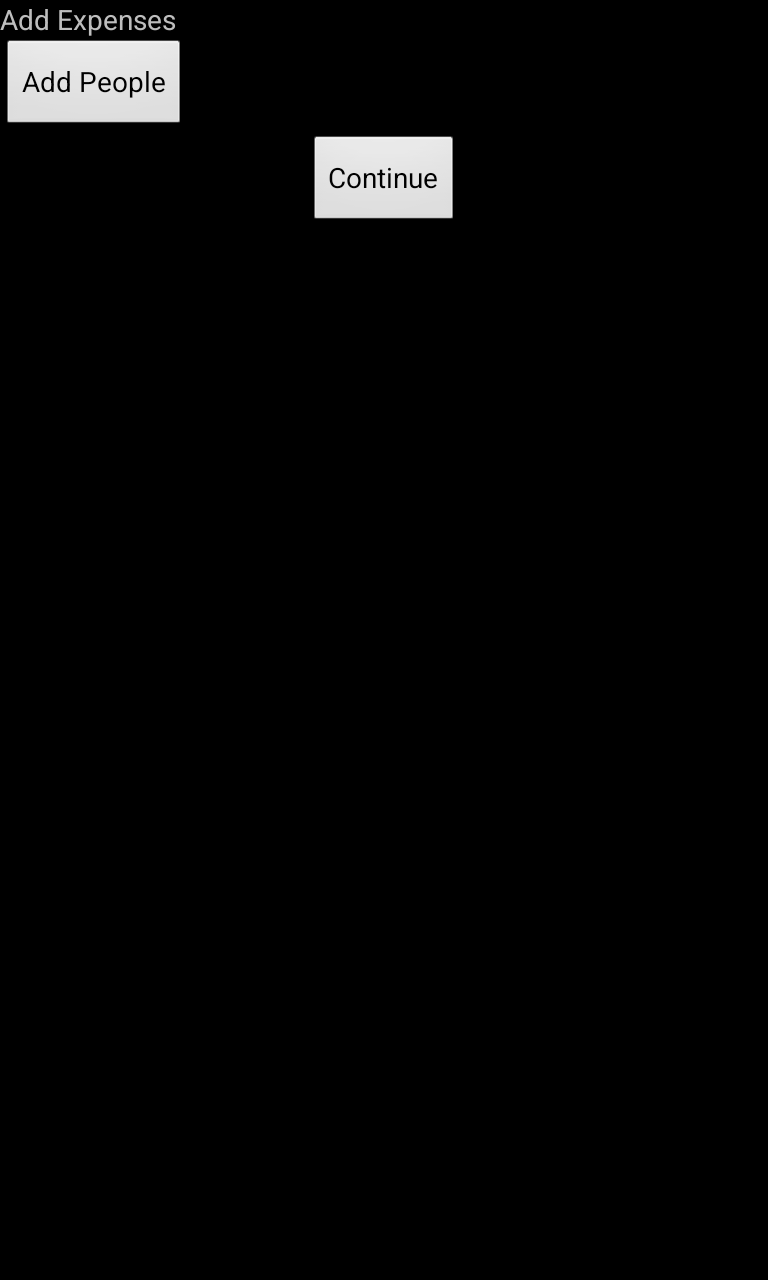
Repository: iyeranan/Expenses
Layout: Expenses/res/layout/shares.xml
These files come from the project's save history. The layout is drawn as it stood at one moment and after the next save; the edit follows.
It is drawn on a 768 x 1280 px phone screen (xhdpi) without system bars, with theme android:Theme; the app's code is not run.

Above is the layout before, as saved 2012-01-08 00:19:40.

### Expenses/res/layout/shares.xml
<?xml version="1.0" encoding="utf-8"?>
<LinearLayout xmlns:android="http://schemas.android.com/apk/res/android"
    android:orientation="vertical"
    android:layout_height="fill_parent" android:layout_width="fill_parent">
<TextView
    android:layout_width="fill_parent"
    android:layout_height="wrap_content"
    android:text="@string/addExpenses"
    />

<Button android:layout_width="wrap_content" android:layout_height="wrap_content" android:text="Add People" android:id="@+id/btnAddPeople"></Button>
<TableLayout android:layout_width="fill_parent" android:layout_height="wrap_content" android:id="@+id/tblPersons">
</TableLayout>
<Button android:layout_height="wrap_content" android:layout_width="wrap_content" android:layout_gravity="center_vertical|center_horizontal" android:text="Continue" android:id="@+id/btnContinue"></Button>
</LinearLayout>

### Expenses/res/values/strings.xml
<?xml version="1.0" encoding="utf-8"?>
<resources>
    <string name="addPeople">Add People</string>
    <string name="app_name">Expenses</string>
    <string name="addExpenses">Add Expenses</string>
    <string name="ExpensesShare">ExpensesShare</string>
</resources>

After the next save:
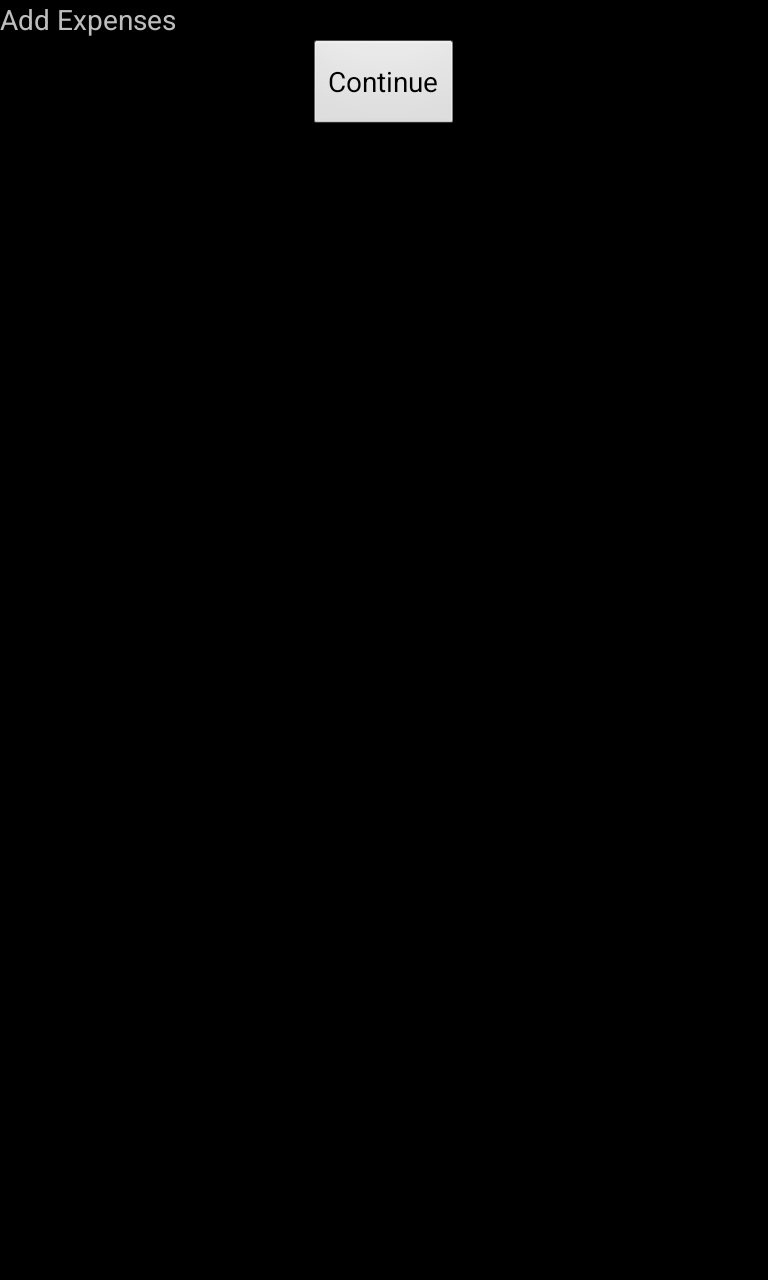
Saved 14 s later.
--- a/Expenses/res/layout/shares.xml
+++ b/Expenses/res/layout/shares.xml
@@ -8,7 +8,6 @@
     android:text="@string/addExpenses"
     />
 
-<Button android:layout_width="wrap_content" android:layout_height="wrap_content" android:text="Add People" android:id="@+id/btnAddPeople"></Button>
 <TableLayout android:layout_width="fill_parent" android:layout_height="wrap_content" android:id="@+id/tblPersons">
 </TableLayout>
 <Button android:layout_height="wrap_content" android:layout_width="wrap_content" android:layout_gravity="center_vertical|center_horizontal" android:text="Continue" android:id="@+id/btnContinue"></Button>

After the save that followed:
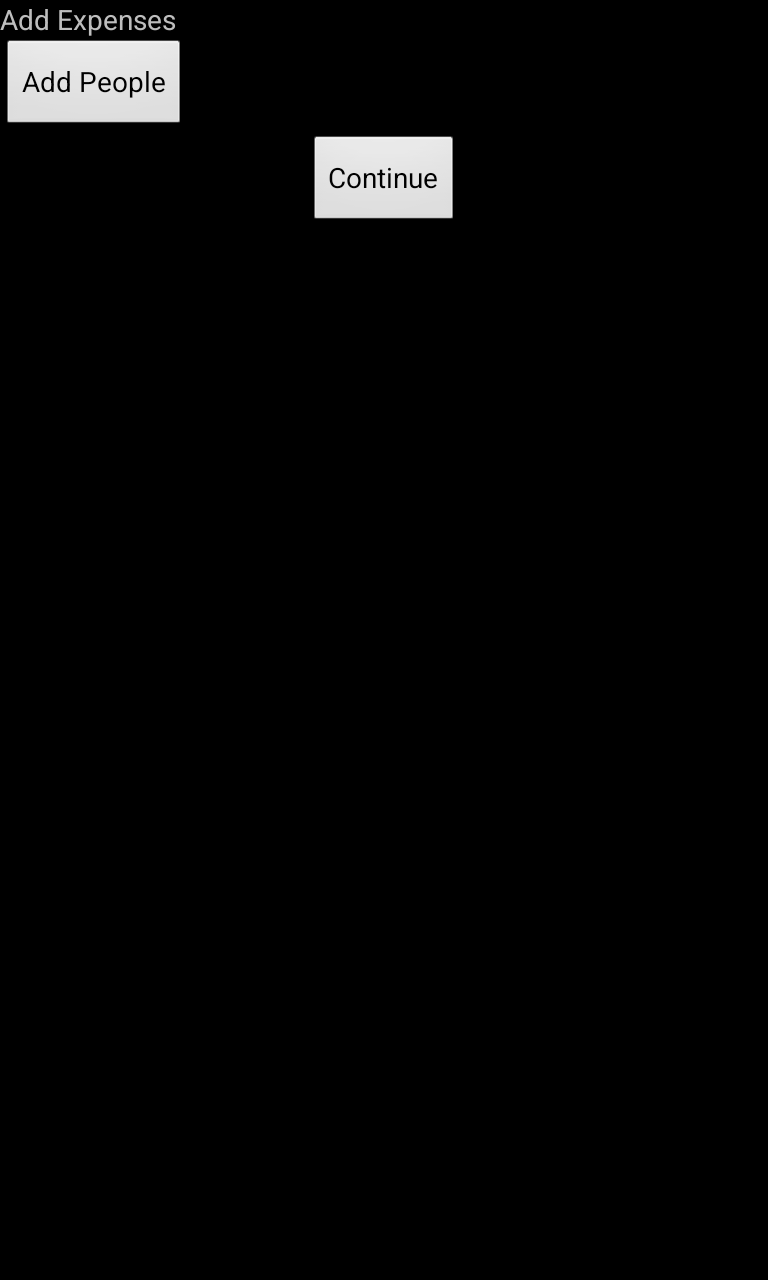
Saved 6 min 34 s later.
--- a/Expenses/res/layout/shares.xml
+++ b/Expenses/res/layout/shares.xml
@@ -7,7 +7,7 @@
     android:layout_height="wrap_content"
     android:text="@string/addExpenses"
     />
-
+<Button android:layout_width="wrap_content" android:layout_height="wrap_content" android:text="Add People" android:id="@+id/btnAddPeople"></Button>
 <TableLayout android:layout_width="fill_parent" android:layout_height="wrap_content" android:id="@+id/tblPersons">
 </TableLayout>
 <Button android:layout_height="wrap_content" android:layout_width="wrap_content" android:layout_gravity="center_vertical|center_horizontal" android:text="Continue" android:id="@+id/btnContinue"></Button>
